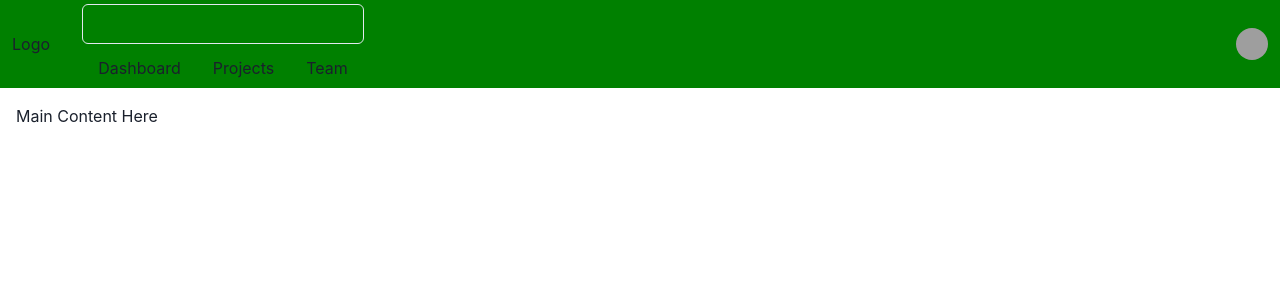
Repository: Vedprakas987/Shopee_cw24
Page: / (app in shopee_online/)
These files come from the project's save history. The page is drawn as it stood at one moment and after a run of saves; the edit follows.
The browser window is 1280 px wide. The pictures show the whole page.
Pictures or frames that could not be fetched are drawn as grey boxes. The project was rebuilt for these pictures with package versions that can differ from the ones it lists, and the page was loaded fresh each time.

Above is the page before, as saved 2022-12-15 21:16:40.

After the next 5 saves:
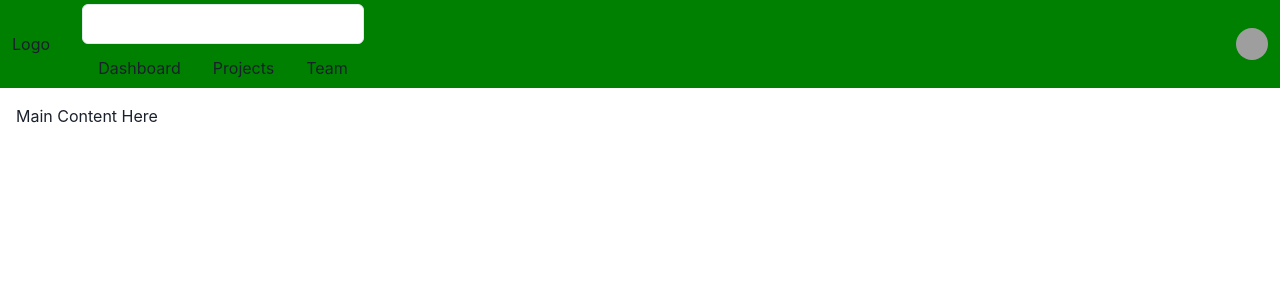
The 5 saves are shown as one change because 3 did not build or start and some came seconds apart.
The last was saved 24 s later.
--- a/shopee_online/src/Routes/Navbar.jsx
+++ b/shopee_online/src/Routes/Navbar.jsx
@@ -52,7 +52,7 @@ export default function Navbar() {
           <HStack spacing={8} alignItems={'center'}>
             <Box>Logo</Box>
             <VStack>
-                <Input />
+                <Input bg="white" color="black"/>
             <HStack
               as={'nav'}
               spacing={4}
